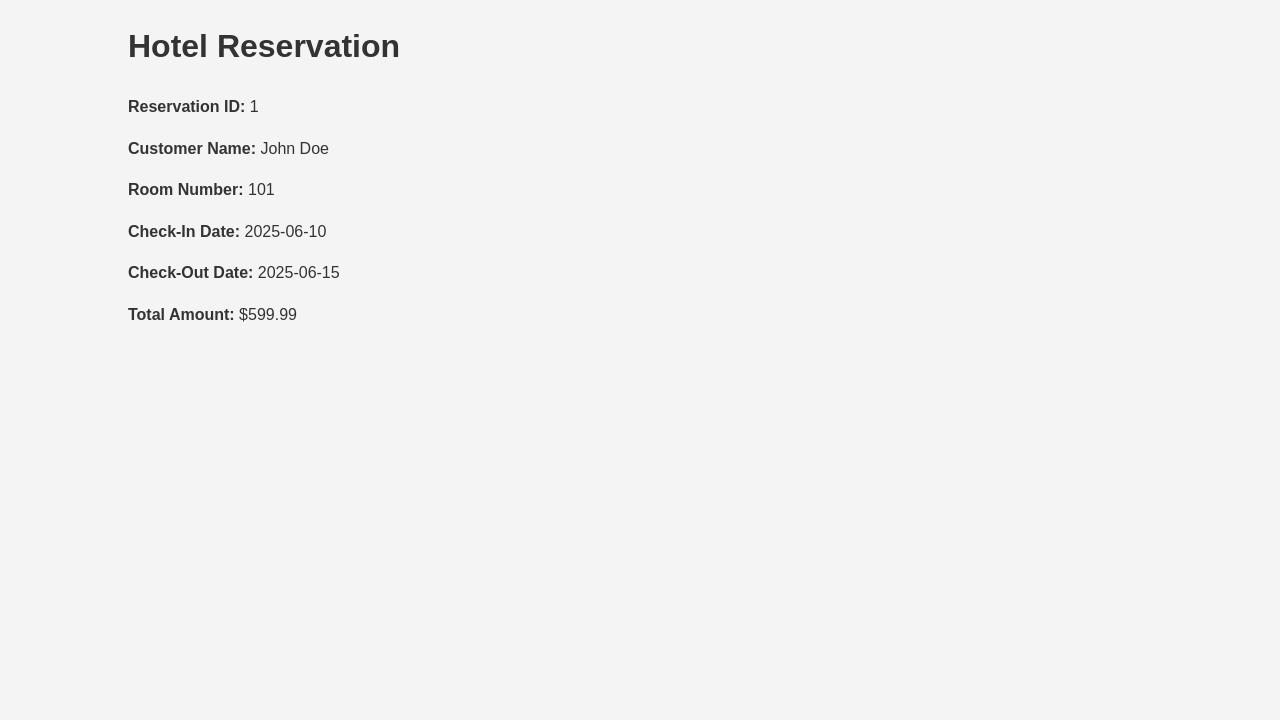
Repository: Swanjith/Hotel_Managment_System-JAVA
Page: http://localhost/HotelWebApp/
These files come from the project's save history. The page is drawn as it stood at one moment and after the next save; the edit follows.
The browser window is 1280 px wide. The pictures show the whole page.
The page is served by Tomcat 9.

Above is the page before, as saved 2025-05-27 05:38:18.

After the next save:
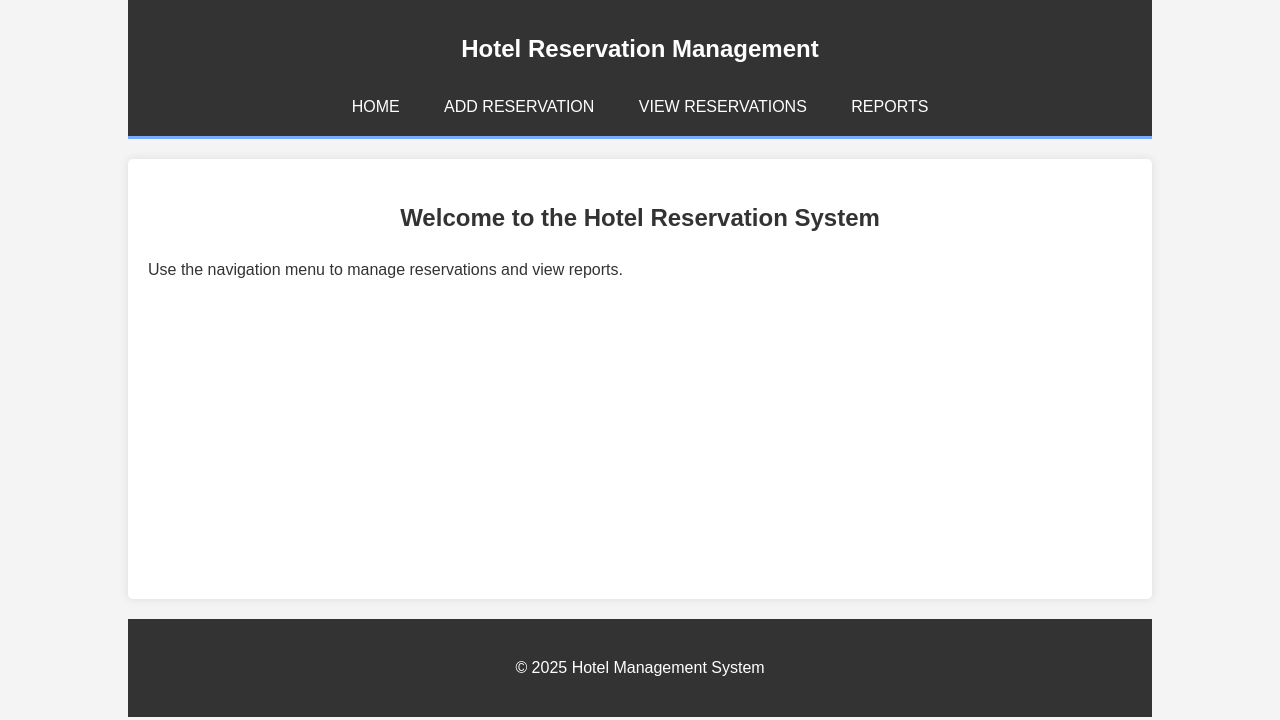
Saved 5 s later.
--- a/HotelWebApp/WebContent/index.jsp
+++ b/HotelWebApp/WebContent/index.jsp
@@ -1,35 +1,42 @@
-<%@ page import="com.hotelapp.model.Reservation" %>
-<%@ page import="java.time.LocalDate" %>
-<%@ page import="java.math.BigDecimal" %>
-<%@ page contentType="text/html;charset=UTF-8" language="java" %>
+<%@ page language="java" contentType="text/html; charset=UTF-8" pageEncoding="UTF-8"%>
+<%@ taglib uri="http://java.sun.com/jsp/jstl/core" prefix="c" %>
+<!DOCTYPE html>
 <html>
 <head>
-    <title>Reservation Details</title>
-    <link rel="stylesheet" href="style.css">
+    <meta charset="UTF-8">
+    <title>Hotel Reservation System</title>
+    <link rel="stylesheet" type="text/css" href="css/style.css">
 </head>
 <body>
-    <%
-        Reservation reservation = new Reservation(
-            1,
-            "John Doe",
-            "101",
-            LocalDate.of(2025, 6, 10),
-            LocalDate.of(2025, 6, 15),
-            new BigDecimal("599.99")
-        );
-        request.setAttribute("reservation", reservation);
-    %>
+    <div class="container">
+        <header>
+            <h1>Hotel Reservation Management</h1>
+            <nav>
+                <ul>
+                    <li><a href="index.jsp">Home</a></li>
+                    <li><a href="addReservation">Add Reservation</a></li>
+                    <li><a href="displayReservations">View Reservations</a></li>
+                    <li><a href="reports">Reports</a></li>
+                </ul>
+            </nav>
+        </header>
 
-    <div class="container">
-        <h1>Hotel Reservation</h1>
-        <div class="card">
-            <p><strong>Reservation ID:</strong> ${reservation.reservationID}</p>
-            <p><strong>Customer Name:</strong> ${reservation.customerName}</p>
-            <p><strong>Room Number:</strong> ${reservation.roomNumber}</p>
-            <p><strong>Check-In Date:</strong> ${reservation.checkInDate}</p>
-            <p><strong>Check-Out Date:</strong> ${reservation.checkOutDate}</p>
-            <p><strong>Total Amount:</strong> $${reservation.totalAmount}</p>
-        </div>
+        <main>
+            <h2>Welcome to the Hotel Reservation System</h2>
+            <p>Use the navigation menu to manage reservations and view reports.</p>
+
+            <c:if test="${not empty successMessage}">
+                <p class="message success-message"><c:out value="${successMessage}"/></p>
+            </c:if>
+            <c:if test="${not empty errorMessage}">
+                <p class="message error-message"><c:out value="${errorMessage}"/></p>
+            </c:if>
+
+        </main>
+
+        <footer>
+            <p>&copy; 2025 Hotel Management System</p>
+        </footer>
     </div>
 </body>
 </html>
